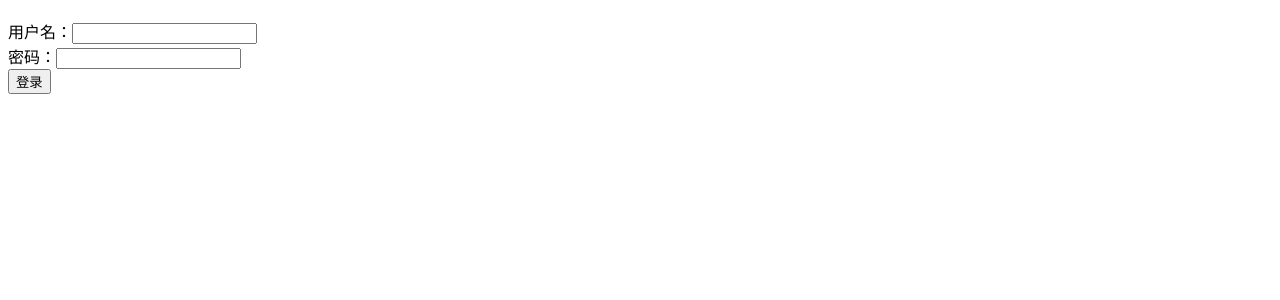
Repository: oliverwreath/java_camp_for_ecommerce
Page: http://localhost/servlet/loginJSP/login.jsp
The author's editor kept a copy of each file at every save. The page is drawn from the files as they stood at one save, then again after the next save.
The browser window is 1280 px wide. The pictures show the whole page.
The page is served by Tomcat 9.

Above is the page before, as saved 2014-04-05 05:12:56.

After the next save:
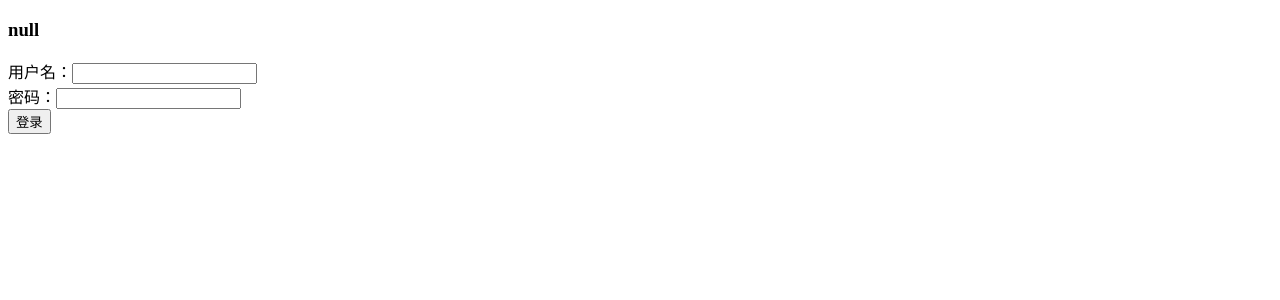
Saved 70 s later.
--- a/workspace/servlet/WebContent/loginJSP/login.jsp
+++ b/workspace/servlet/WebContent/loginJSP/login.jsp
@@ -7,7 +7,7 @@
 	<title>Insert title here</title>
 </head>
 <body>
-	<h3></h3>
+	<h3><%=request.getAttribute("loginError") %></h3>
 	<form name=regForm action="handleLogin.jsp" method=post>
 		用户名：<input type=text name=uname/><br/>
 		密码：<input type=password name=pwd/><br/>
